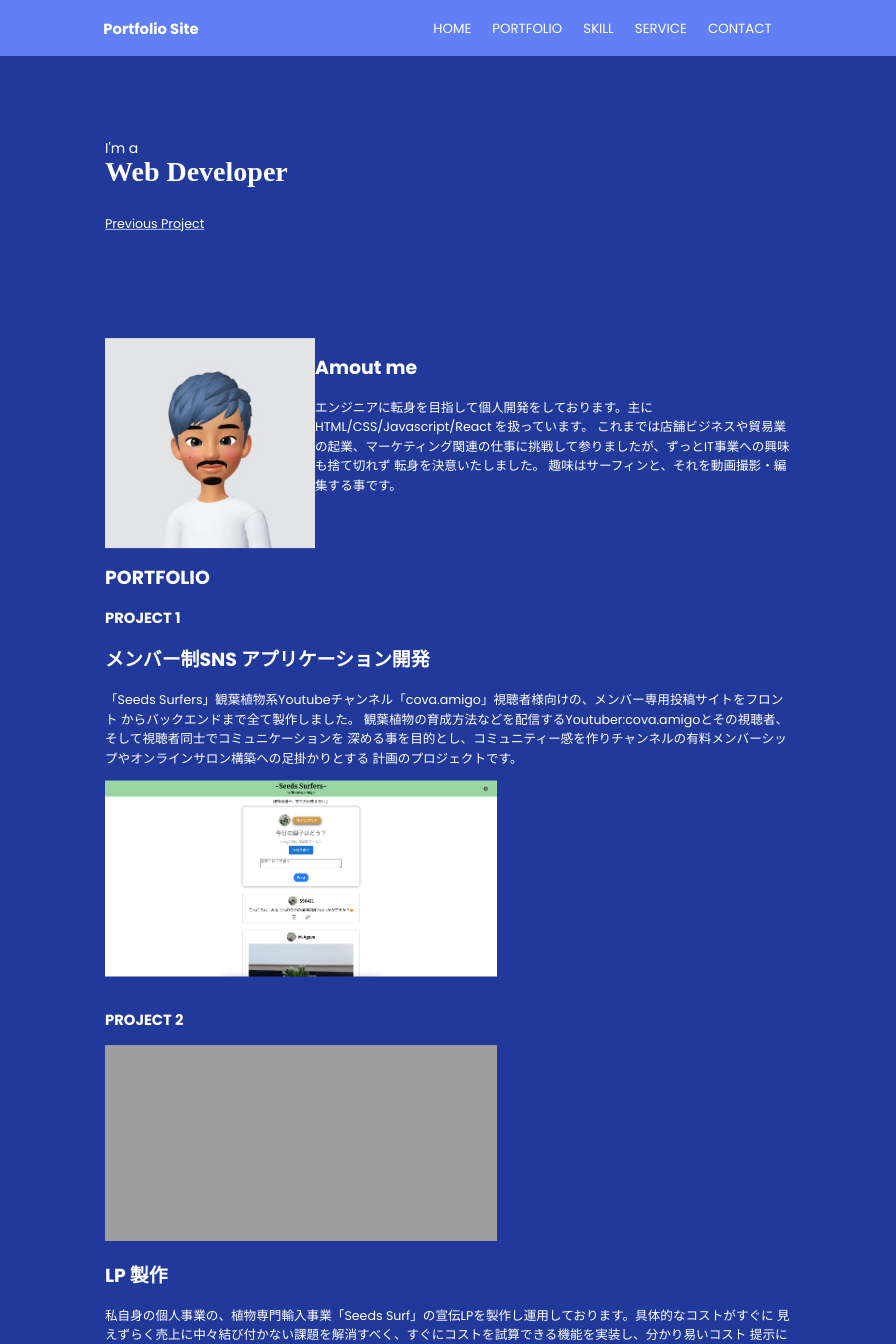
Repository: Seiya00002/my-portfolio-website2
Page: /
These files come from the project's save history. The page is drawn as it stood at one moment and after the next save; the edit follows.
The browser window is 1280 px wide. The pictures show the part of the page from y = 0 to 1920 px (the page is 3987 px tall before and 3977 px after), at 70% of full size.
Pictures or frames that could not be fetched are drawn as grey boxes. Some web fonts or font styles are not loaded; a fallback is used. The project was rebuilt for these pictures with package versions that can differ from the ones it lists, and the page was loaded fresh each time.

Above is the page before, as saved 2023-09-24 08:06:58.

After the next save:
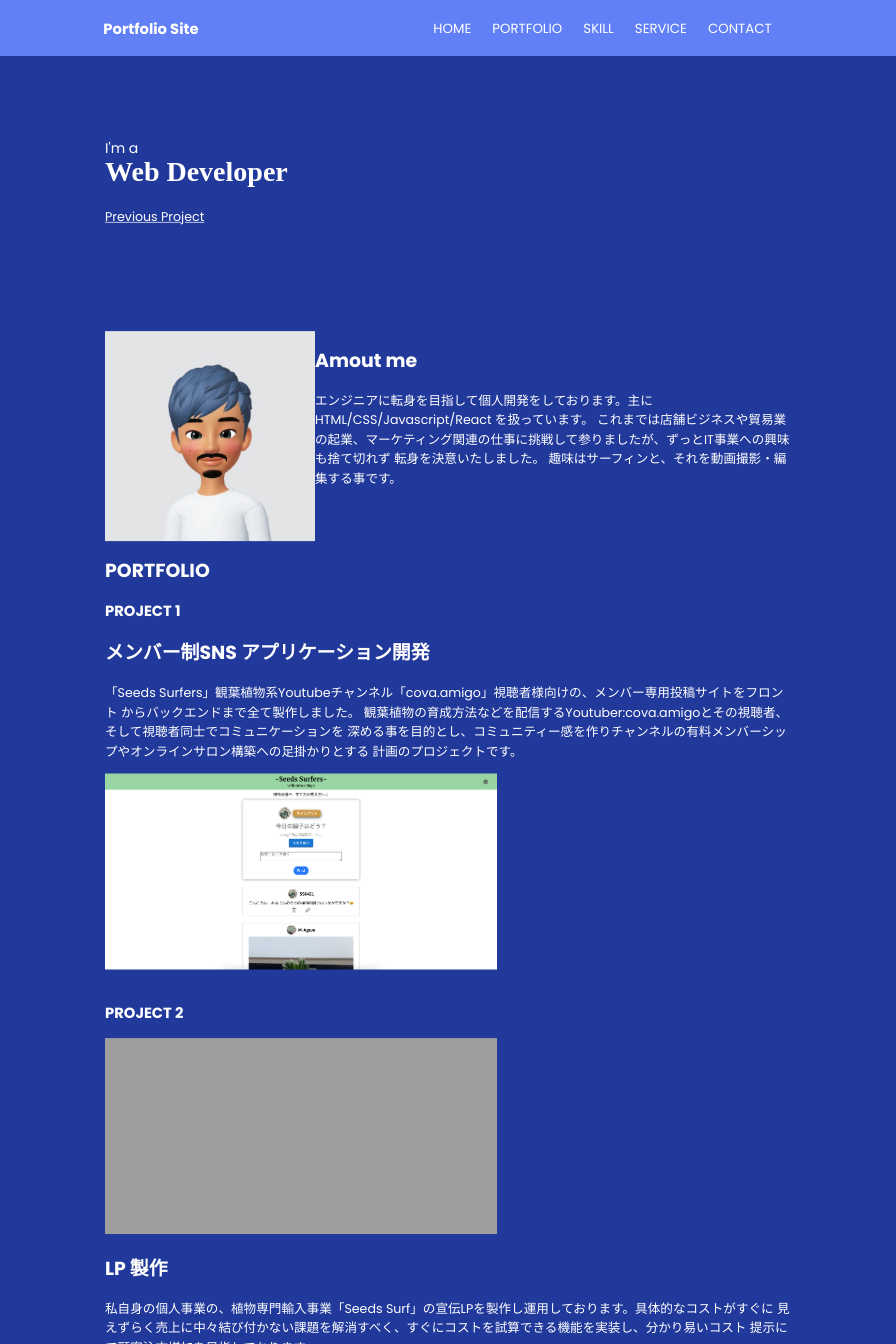
Saved 5 s later.
--- a/src/App.css
+++ b/src/App.css
@@ -59,7 +59,7 @@
 .title h1{
   font-family: 'Dela Gothic One', cursive;
   font-size: 40px;
-  padding: 45px 0 10px 0;
+  padding: 45px 0 0px 0;
 }
 
 #about-me {
